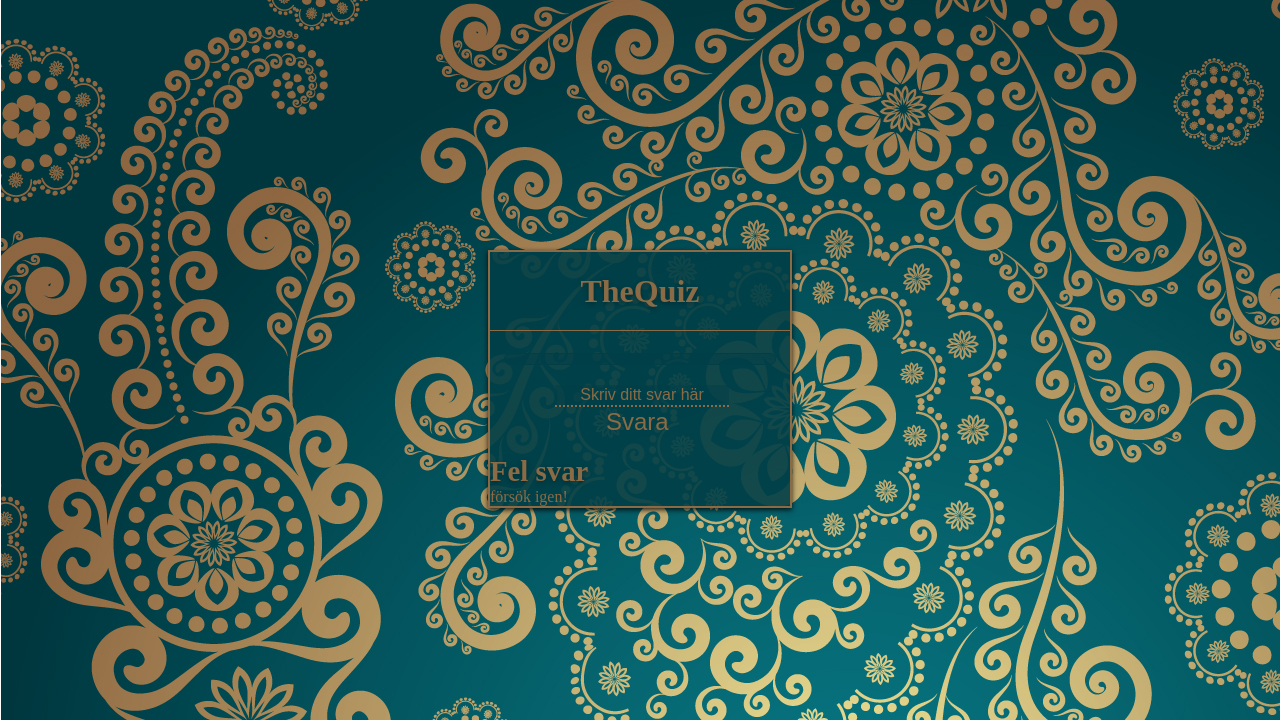
Repository: RebeccaFransson/1dv403-laborationer
Page: 4-thequiz/index.html
The author's editor kept a record of every edit. The page is drawn from the files as they stood at one moment, then again after the next edit.
The browser window is 1280 px wide. The pictures show the whole page.

Above is the page before.
Console error: SyntaxError: Unexpected token ')'

After the next edit:
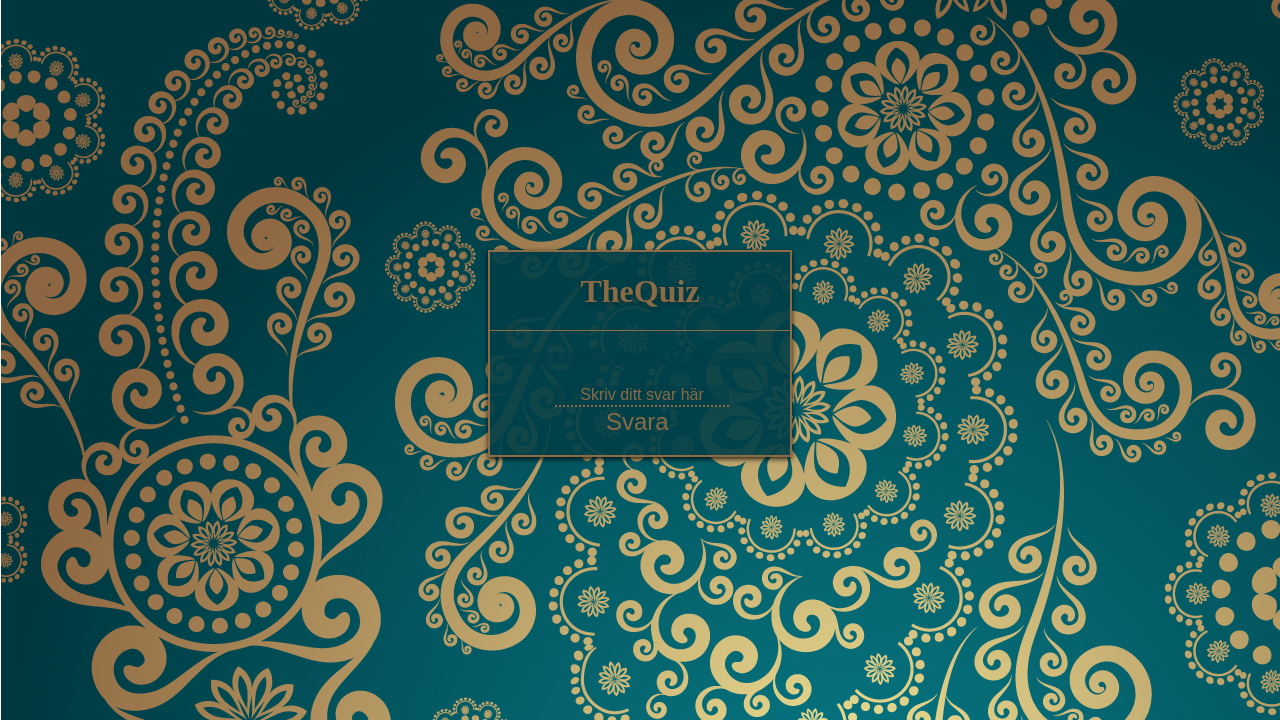
The edit:
--- a/4-thequiz/index.html
+++ b/4-thequiz/index.html
@@ -18,8 +18,7 @@
      		<p id="value"></p>
         </form>
 
-        <div id="wrong" class="hidden" >
-            <h2>Fel svar</h2> försök igen!
+        <div id="wrong" class="">
         </div>
         <div id="right" class="hidden">
         </div>
